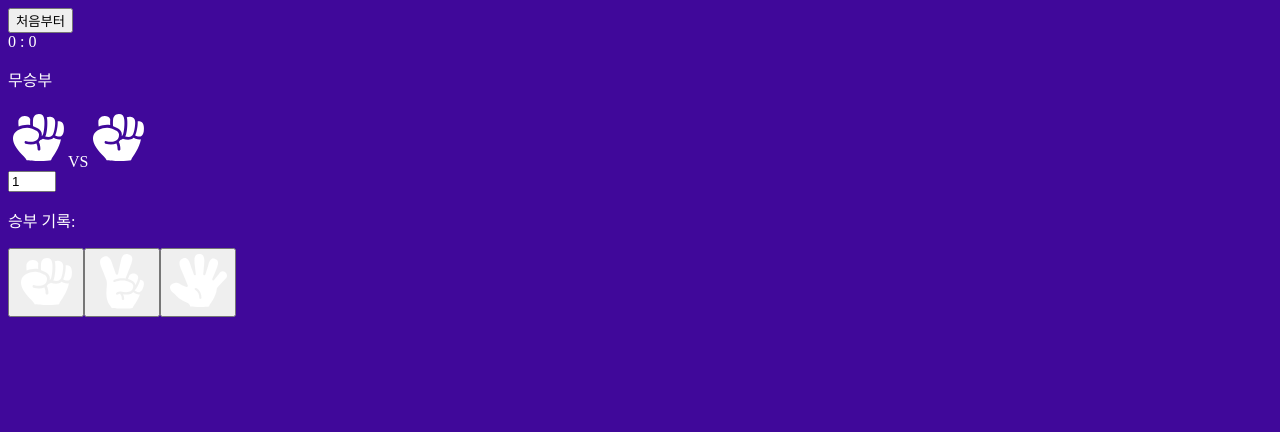
Repository: HI-CLAIRE/s.s.a.f.y_java
Page: / (app in codeit/rock-scissor-paper/)
These files come from the project's save history. The page is drawn as it stood at one moment and after a run of saves; the edit follows.
The browser window is 1280 px wide. The pictures show the whole page.
The project was rebuilt for these pictures with package versions that can differ from the ones it lists, and the page was loaded fresh each time.

Above is the page before, as saved 2022-12-16 09:41:14.

After the next 9 saves:
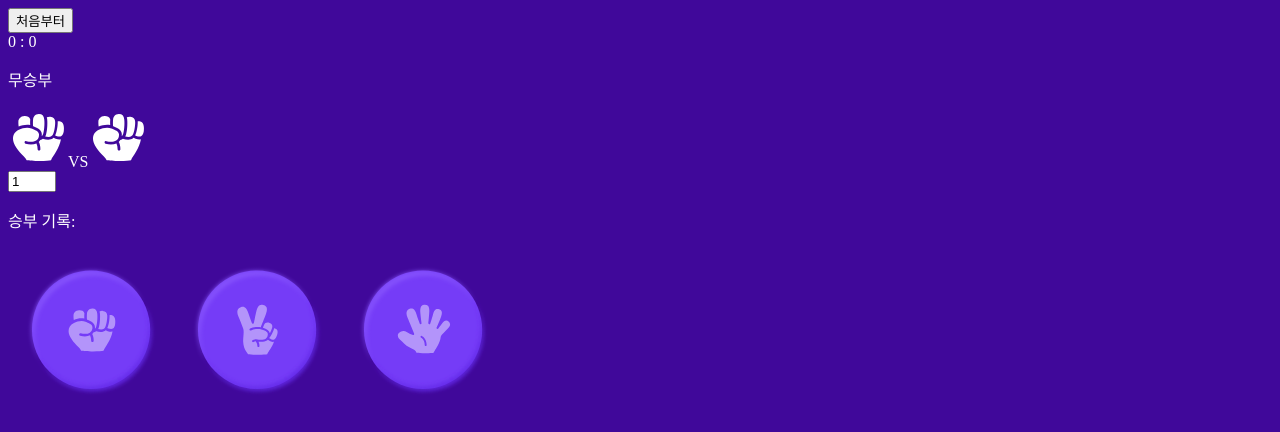
The 9 saves are shown as one change because 2 did not build or start and some came seconds apart.
The last was saved 42 s later.
--- a/codeit/rock-scissor-paper/src/HandButton.js
+++ b/codeit/rock-scissor-paper/src/HandButton.js
@@ -4,8 +4,8 @@ import './HandButton.css';
 function HandButton({ value, onClick }) {
   const handleClick = () => onClick(value);
   return (
-    <button className={HandButton} onClick={handleClick}>
-      <HandIcon value={value} />
+    <button className="HandButton" onClick={handleClick}>
+      <HandIcon className="HandButton-icon" value={value} />
     </button>
   );
 }
